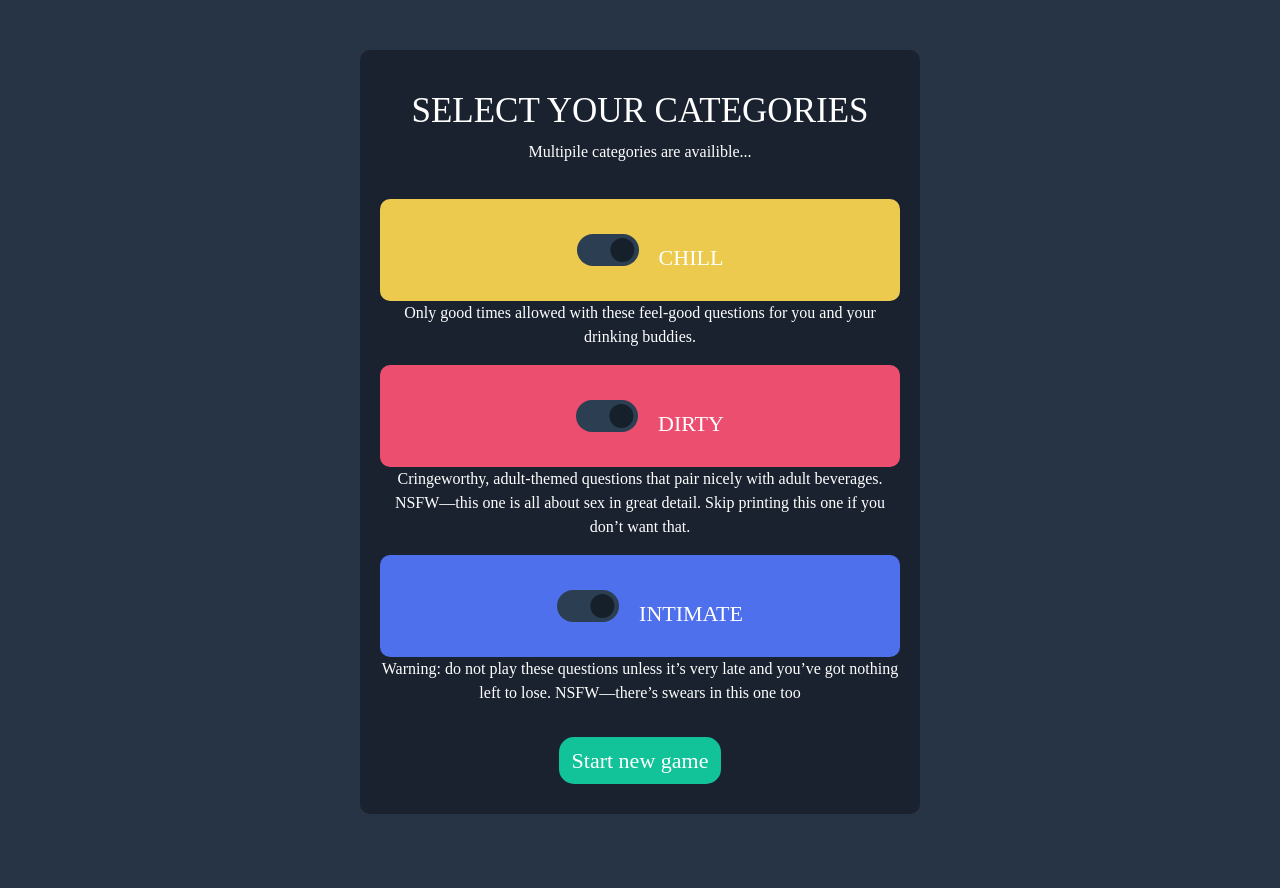
Repository: RafaelAshurov/TruthOrDrink
Page: /chose-your-categories
The author's editor kept a copy of each file at every save. The page is drawn from the files as they stood at one save, then again after the next save.
The browser window is 1280 px wide. The pictures show the whole page.
Some web fonts or font styles are not loaded; a fallback is used. The project was rebuilt for these pictures with package versions that can differ from the ones it lists, and the page was loaded fresh each time. Also part of the build but not shown: src/views/StartGame.vue, src/views/QuestionsPage.vue.

Above is the page before, as saved 2020-10-10 21:30:53.

After the next save:
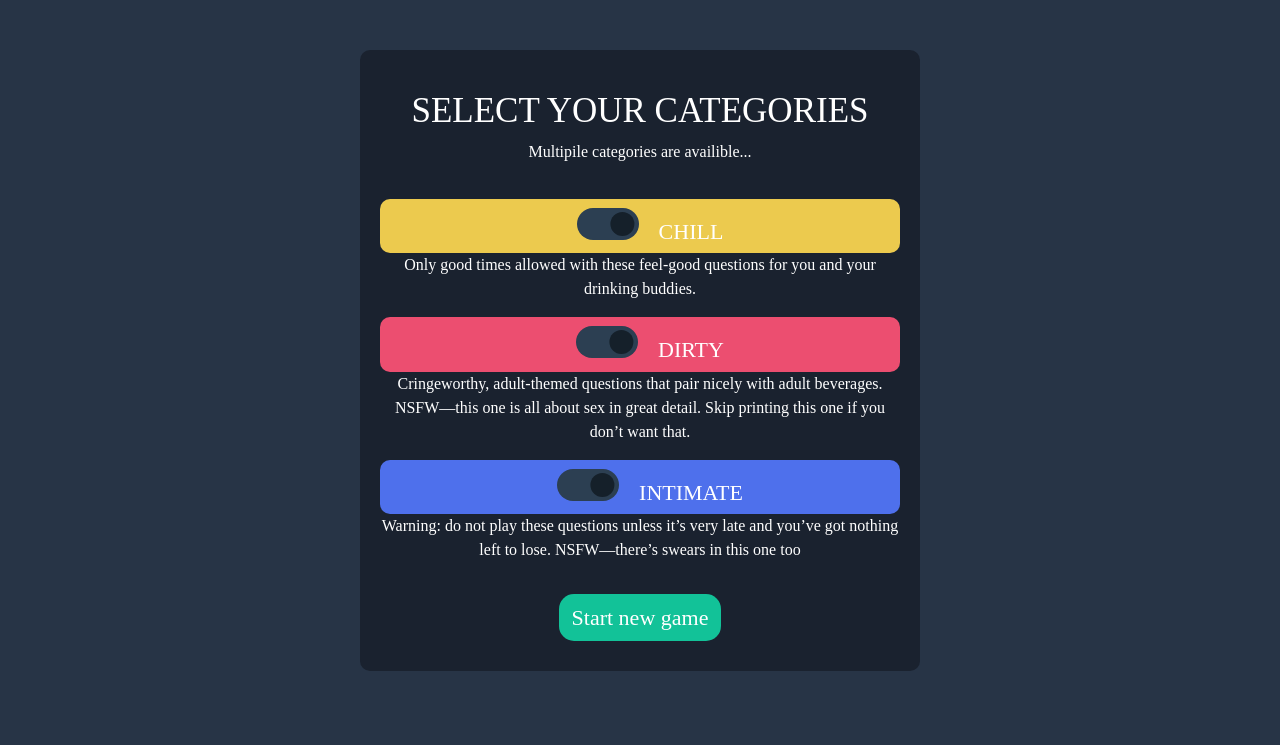
Saved 2 min 28 s later.
--- a/src/views/CategorySelect.vue
+++ b/src/views/CategorySelect.vue
@@ -267,6 +267,8 @@
     cursor: pointer;
     width: 30px;
     height: 30px;
+    margin-top: 10px;
+    margin-bottom: 10px;
 }
 
 .radio,
